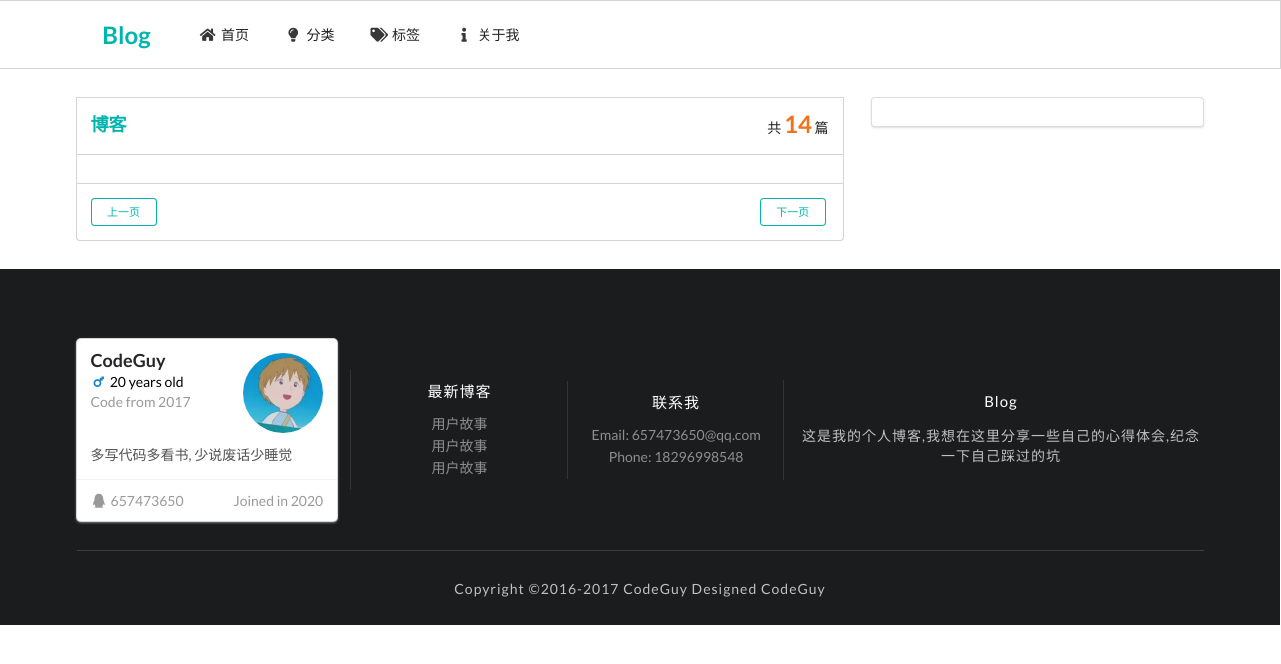
Repository: GOGOHQ/myblog
Page: index.html
An editor plug-in stored every save of this project. The page is shown before and after the next save, followed by the edit.
The browser window is 1280 px wide. The page is 1281 px wide, so the pictures cover 1281 px, including what lies to the right of the window. The pictures show the whole page.
Some web libraries are served in a nearby version.

Above is the page before, as saved 2020-01-16 19:13:32.

After the next save:
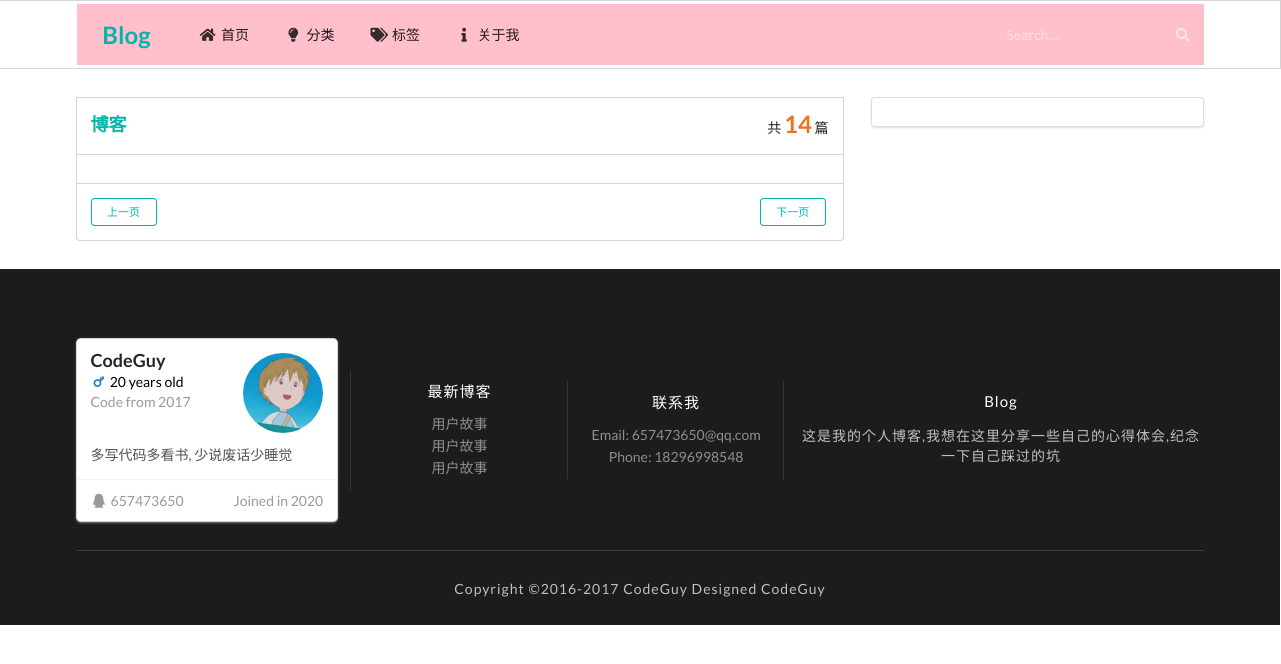
Saved 4 s later.
--- a/index.html
+++ b/index.html
@@ -14,7 +14,7 @@
 <body>
 <!-- 导航 -->
 <nav class="ui   attached  segment m-padded-tb-mini">
-    <div class="ui container" style="background-color;:pink">
+    <div class="ui container" style="background-color:pink">
         <div class="ui secondary  menu">
             <h2 class="ui teal header item">Blog</h2>
             <a href="#" class="item"><i class="home icon"></i>首页</a>

After the save that followed:
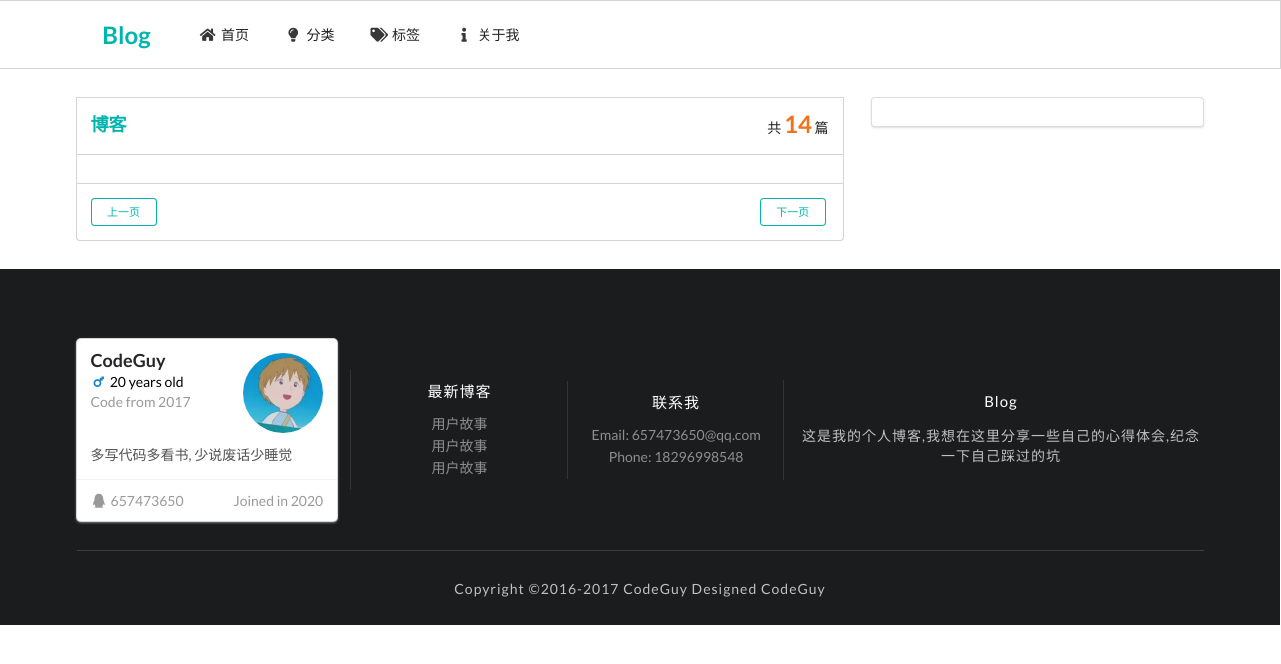
Saved 8 s later.
--- a/index.html
+++ b/index.html
@@ -14,7 +14,7 @@
 <body>
 <!-- 导航 -->
 <nav class="ui   attached  segment m-padded-tb-mini">
-    <div class="ui container" style="background-color:pink">
+    <div class="ui container" style="color:pink">
         <div class="ui secondary  menu">
             <h2 class="ui teal header item">Blog</h2>
             <a href="#" class="item"><i class="home icon"></i>首页</a>
